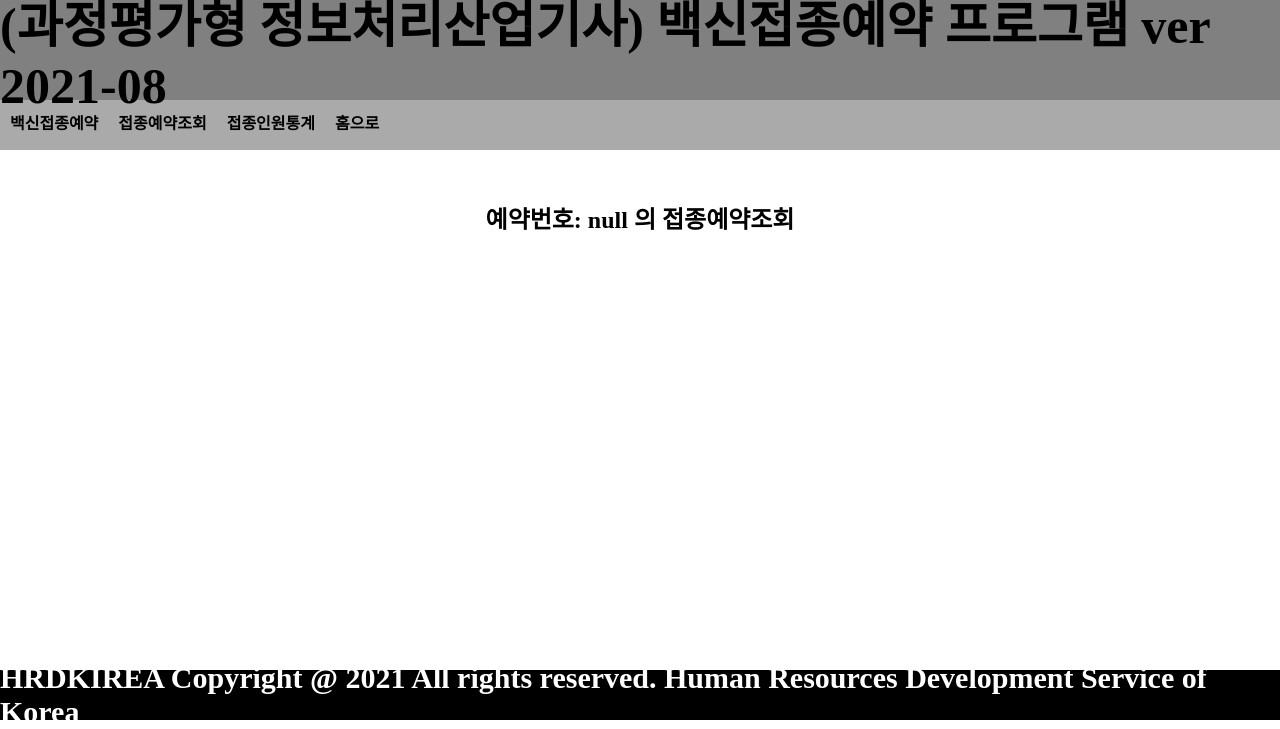
Repository: Ranranruo/info-processing
Page: http://localhost/20250424/view.jsp
The author's editor kept a copy of each file at every save. The page is drawn from the files as they stood at one save, then again after the next save.
The browser window is 1280 px wide. The pictures show the whole page.
The page is served by Tomcat 9. Queries for data that is not in the repository find no rows.

Above is the page before, as saved 2025-04-24 07:14:47.
Console error: TypeError: Cannot read properties of null (reading 'addEventListener')

After the next save:
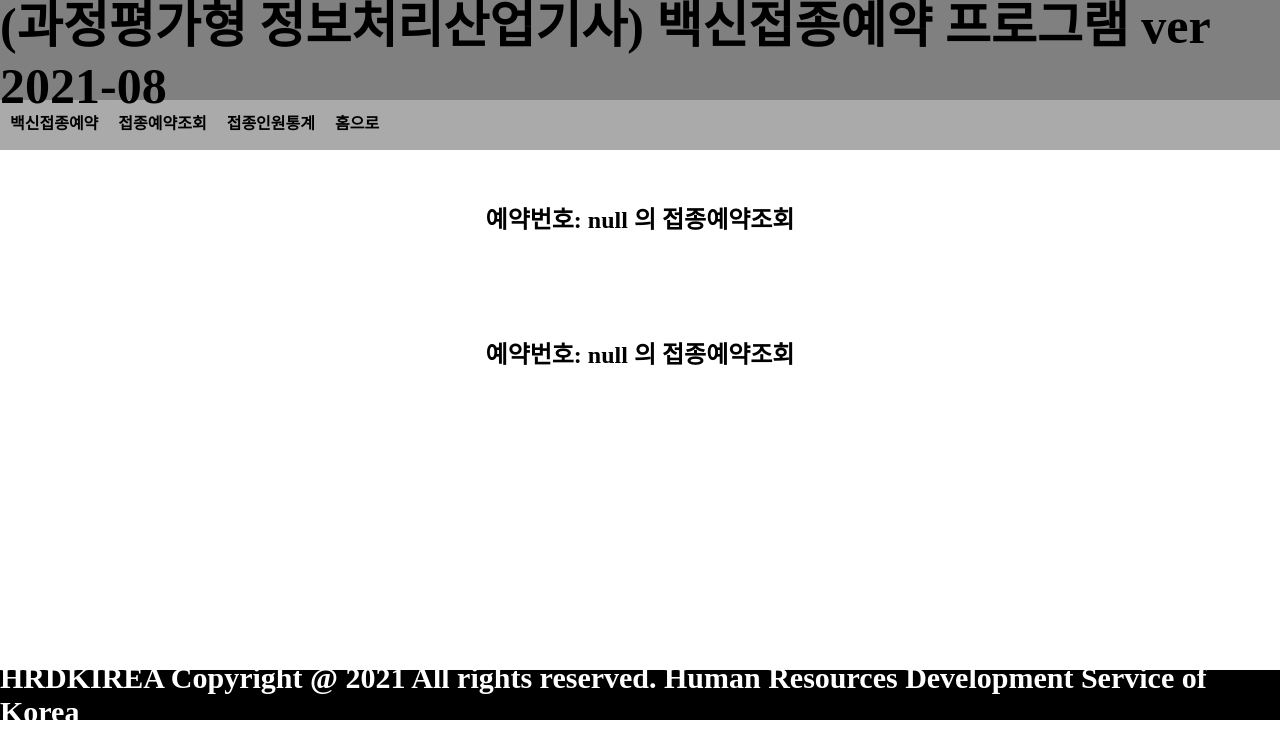
Saved 31 s later.
--- a/20250424/src/main/webapp/view.jsp
+++ b/20250424/src/main/webapp/view.jsp
@@ -56,7 +56,7 @@ td{ border: 1px solid black; padding: .5em 1em;}
 </table>
 </form>
 <% } else { %>
-
+<h1 class="c" style="padding: 50px;">예약번호: <%=no %> 의 접종예약조회</h1>
 <% } %>
 </section>
 <footer class="c" style="background-color: black; color: #fff; font-weight: bold; font-size: 30px; height: 50px;">HRDKIREA Copyright @ 2021 All rights reserved. Human Resources Development Service of Korea</footer>
